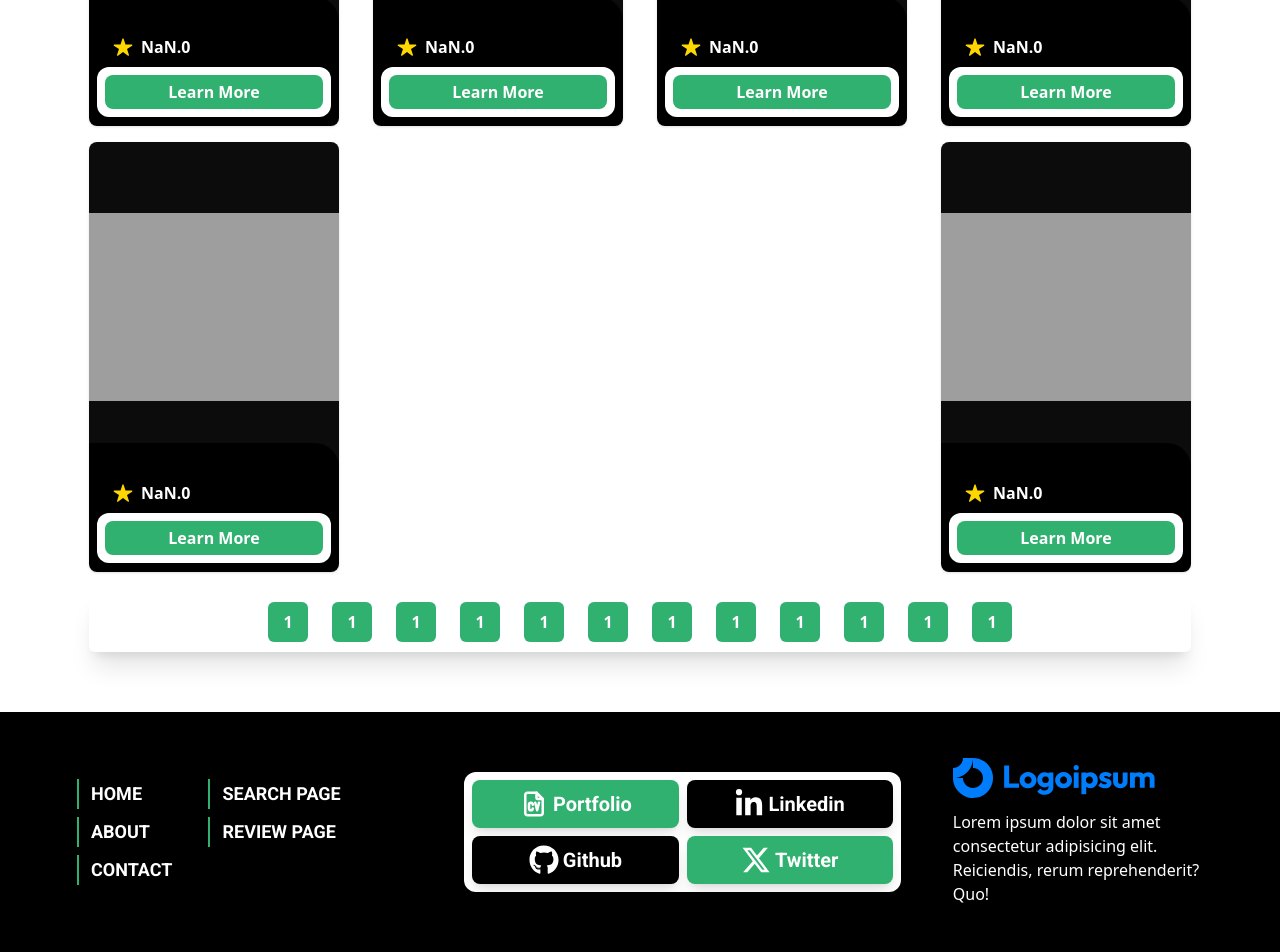
Repository: jayantatech/FrameFlick
Page: /movies
These files come from the project's save history. The page is drawn as it stood at one moment and after the next save; the edit follows.
The browser window is 1280 px wide. The pictures show the part of the page from y = 1096 to 2048 px (the page is 2048 px tall).
Pictures or frames that could not be fetched are drawn as grey boxes. The page's requests for data from a server got no answer. The project was rebuilt for these pictures with package versions that can differ from the ones it lists, and the page was loaded fresh each time. No one was signed in, and anything a server would have sent is missing. Also part of the build but not shown: vite.config.js, src/components/header/SearchBar.jsx, src/components/sliderComponent/button.css, src/components/sliderComponent/SliderComponent.jsx, src/pages/home/comingAttractions/ComingAttractions.jsx, src/pages/home/currentFavorites/CurrentFavorites.jsx, src/pages/home/movieGenres/MovieGenres.jsx, src/components/responsiveTitle/responsiveTitle.jsx and 11 more.

Above is the page before, as saved 2024-02-13 19:09:55.

### index.html
<!doctype html>
<html lang="en">

<head>
  <meta charset="UTF-8" />
  <link rel="icon" type="image/svg+xml" href="/vite.svg" />
  <meta name="viewport" content="width=device-width, initial-scale=1.0" />
  <link
    href="https://fonts.googleapis.com/css?family=Roboto:100,100italic,300,300italic,regular,italic,500,500italic,700,700italic,900,900italic"
    rel="stylesheet" />
  <link
    href="https://fonts.googleapis.com/css?family=Poppins:100,100italic,200,200italic,300,300italic,regular,italic,500,500italic,600,600italic,700,700italic,800,800italic,900,900italic"
    rel="stylesheet" />
  <title>Vite + React</title>
</head>

<body>
  <div id="root"></div>
  <script type="module" src="/src/main.jsx"></script>
</body>

</html>

### src/main.jsx
import React from "react";
import ReactDOM from "react-dom/client";
import App from "./App.jsx";
import "./index.css";
import { Provider } from "react-redux";
import store from "./store/Store.js";

ReactDOM.createRoot(document.getElementById("root")).render(
  <React.StrictMode>
    <Provider store={store}>
      <App />
    </Provider>
  </React.StrictMode>
);

### src/App.jsx
import React, { useEffect } from "react";
import ContentWrapper from "./components/contentWrapper/ContentWrapper";
import Header from "./components/header/Header";
import SearchBar from "./components/header/SearchBar";
import { fetchDataFromApi } from "./Utils/api";
import { useDispatch, useSelector } from "react-redux";
import { setFilmGenres, setUrl } from "./store/HomeSlice";
import Home from "./pages/home/Home";
import fetchData from "./components/hooks/fetchData";
import VideoPopBox from "./components/videoPopBox/VideoPopBox";
import Footer from "./components/footer/Footer";
import ReviewPage from "./pages/reviewPage/ReviewPage";
import { BrowserRouter, Route, Routes } from "react-router-dom";
import MoviePage from "./pages/moviePage/MoviePage";

/*
main green color - #58DAA8
2nd main color - #30b170
light green color - #E6FFF8
deep Green color - #409E7A
deep Green color 2 - #5EBEA3

*/

const App = () => {
  const { data, loading } = fetchData("configuration");

  const dispatch = useDispatch();
  useEffect(() => {
    dispatch(setUrl(`${data?.images.secure_base_url + "original"}`));
  }, [data]);

  const { data: genresData, loading: genresLoading } = fetchData(
    `genre/movie/list?language=en`
  );
  useEffect(() => {
    dispatch(setFilmGenres(genresData && genresData?.genres));
  }, [genresData]);

  return (
    <BrowserRouter>
      <VideoPopBox />
      <Header />
      <Routes>
        <Route path="/" element={<Home />} />
        <Route path="/review/:film/:id" element={<ReviewPage />} />
        <Route path="/movies" element={<MoviePage />} />
      </Routes>
      {/* <div className=" w-full h-[800px]"></div> */}
      <Footer />
    </BrowserRouter>
  );
};

export default App;

### src/components/contentWrapper/ContentWrapper.jsx
import React from "react";

const ContentWrapper = ({ children }) => {
  return <div className="w-full max-w-[1158px] mx-auto px-4">{children}</div>;
};

export default ContentWrapper;

### src/components/hooks/fetchData.jsx
import React, { useEffect, useState } from "react";
import { fetchDataFromApi } from "../../Utils/api";

const fetchData = (url) => {
  const [data, setData] = useState(null);
  const [loading, setLoading] = useState(null);
  const [error, setError] = useState(null);

  useEffect(() => {
    setLoading(true);
    setData(null);
    setError(null);
    fetchDataFromApi(url)
      .then((res) => {
        if (res?.status === 404) {
          throw new Error("Videos not found for this video");
        } else {
          return res.json();
        }
      })
      .then((data) => {
        setLoading(false);
        setData(data);
      })
      .catch((error) => setError("Something went wrong"));
  }, [url]);

  return { data, loading, error };
};

export default fetchData;

### src/components/videoPopBox/VideoPopBox.jsx
import React, { useEffect, useState } from "react";
import { IoClose } from "react-icons/io5";
import { useDispatch, useSelector } from "react-redux";
import { setVideoPopBox } from "../../store/HomeSlice";
import ReactPlayer from "react-player";

const VideoPopBox = () => {
  const [activeVideo, setActiveVideo] = useState(false);
  const [videoInfo, setVideoInfo] = useState([]);
  const dispatch = useDispatch();
  const { vidboxOn, vidBoxInfo } = useSelector(
    (state) => state.home.VideoPopBox
  );
  useEffect(() => {
    if (vidboxOn) setActiveVideo(vidboxOn);
    if (vidBoxInfo) setVideoInfo(vidBoxInfo);
  }, [vidboxOn, vidBoxInfo]);

  // useEffect(() => {
  //   if (activeVideo) {
  //     document.body.style.overflow = "hidden";
  //   } else {
  //     document.body.style.overflow = "auto";
  //   }
  // }, [activeVideo]);

  function hideVideoBox() {
    dispatch(setVideoPopBox([{ vidBoxOnPass: false, vidBoxInfoPass: {} }]));
    setActiveVideo(false);
  }

  return (
    <div
      className={` fixed w-screen h-screen top-0 left-0 ${
        activeVideo ? "block z-40" : "hidden -z-0"
      }`}
    >
      <div
        className={` relative top-0 left-0 min-h-screen min-w-screen flex items-center justify-center overflow-hidden`}
      >
        <div
          className=" absolute top-0 left-0 w-full h-full bg-[#000000af]"
          onClick={hideVideoBox}
        ></div>
        <div
          className={`w-[840px] h-[540px] max-lg:w-[660px] max-lg:h-[440px] max-md:w-[360px] max-md:h-[240px] bg-[#fff] shadow-xl rounded-xl py-4 px-4 relative transition-all duration-300 ${
            activeVideo ? "translate-y-[0%]" : "translate-y-[150%]"
          }`}
        >
          <div
            className=" w-[50px] h-[50px] bg-[#30B170] hover:bg-[#58DAA8] text-black hover:text-gray-600  absolute -top-5 -right-5 rounded-full flex items-center justify-center text-4xl cursor-pointer"
            onClick={hideVideoBox}
          >
            <IoClose />
          </div>
          <div className=" w-full h-full bg-black">
            {videoInfo && (
              <ReactPlayer
                url={`https://www.youtube.com/watch?v=${videoInfo?.key}`}
                width={"100%"}
                height={"100%"}
              />
            )}
          </div>
        </div>
      </div>
    </div>
  );
};

export default VideoPopBox;

### src/pages/moviePage/MoviePage.jsx
import React from "react";
import HeroMovie from "./heroMovie/HeroMovie";
import AllMovies from "./allMovies/AllMovies";

const MoviePage = () => {
  return (
    <div>
      <HeroMovie />
      <AllMovies />
    </div>
  );
};

export default MoviePage;

### src/pages/moviePage/heroMovie/HeroMovie.jsx
import React, { useEffect, useState } from "react";
import MyImage from "../../../components/myImage/MyImage";
import fetchData from "../../../components/hooks/fetchData";
import { useSelector } from "react-redux";
import MovieHeroInfo from "../../../components/movieHeroInfo/MovieHeroInfo";

const HeroMovie = () => {
  const [storeGen, setStoreGen] = useState([]);
  const [filmInfo, setFilmInfo] = useState([]);
  const [storeRendom, setStoreRendom] = useState(null);
  const { data, loading } = fetchData(`trending/movie/week`);
  const { url, filmGenres } = useSelector((state) => state.home);

  useEffect(() => {
    let rendomData;
    if (data?.results) {
      const genRanNum = Math.floor(Math.random() * 19);
      rendomData = data?.results[genRanNum];
      setStoreRendom(rendomData);
      console.log(data);
    }
  }, [data]);

  // let testData = storeRendom && storeRendom;
  let movieHeroData = storeRendom && storeRendom;
  useEffect(() => {
    let storeGenNum = [];
    if (movieHeroData) {
      filmGenres?.forEach((element) => {
        if (movieHeroData?.genre_ids.includes(element?.id)) {
          storeGenNum.push(element);
        }
      });
    }
    setStoreGen(storeGenNum);
  }, [filmGenres, movieHeroData]);
  console.log(storeGen);
  return (
    <div className=" w-full h-[590px] max-md:h-[670px] bg-black relative">
      <div className=" w-full h-full bg-[#0000005d] absolute top-0 left-0 z-10"></div>
      <div className=" overflow-hidden w-full h-full absolute top-0 left-0 z-0 ">
        <MyImage
          src={`${url}${!loading && movieHeroData?.backdrop_path}`}
          className={"max-lg:scale-150 max-md:scale-[4]"}
        />
      </div>
      <MovieHeroInfo movieHeroData={movieHeroData} storeGen={storeGen} />
    </div>
  );
};

export default HeroMovie;

### src/pages/moviePage/allMovies/AllMovies.jsx
import React from "react";
import ContentWrapper from "../../../components/contentWrapper/ContentWrapper";
import FilmCard from "../../../components/filmCard/FilmCard";

const AllMovies = () => {
  return (
    <div>
      <ContentWrapper>
        <div className=" py-[60px] px-3">
          <div className=" py-3">
            <h2 className=" capitalize text-3xl font-[Roboto] font-bold">
              our Movie suggestions
            </h2>
          </div>
          <div className=" w-full h-auto flex py-5 flex-row flex-wrap gap-4 items-center justify-between">
            <FilmCard />
            <FilmCard />
            <FilmCard />
            <FilmCard />
            <FilmCard />
            <FilmCard />
          </div>
          <div className=" w-full h-[60px] bg-[#fff] shadow-xl rounded-md flex items-center justify-center gap-6">
            <div className=" w-[40px] h-[40px] bg-[#30B170] text-white rounded-md flex items-center justify-center font-semibold">
              1
            </div>
            <div className=" w-[40px] h-[40px] bg-[#30B170] text-white rounded-md flex items-center justify-center font-semibold">
              1
            </div>
            <div className=" w-[40px] h-[40px] bg-[#30B170] text-white rounded-md flex items-center justify-center font-semibold">
              1
            </div>
            <div className=" w-[40px] h-[40px] bg-[#30B170] text-white rounded-md flex items-center justify-center font-semibold">
              1
            </div>
            <div className=" w-[40px] h-[40px] bg-[#30B170] text-white rounded-md flex items-center justify-center font-semibold">
              1
            </div>
            <div className=" w-[40px] h-[40px] bg-[#30B170] text-white rounded-md flex items-center justify-center font-semibold">
              1
            </div>
            <div className=" w-[40px] h-[40px] bg-[#30B170] text-white rounded-md flex items-center justify-center font-semibold">
              1
            </div>
            <div className=" w-[40px] h-[40px] bg-[#30B170] text-white rounded-md flex items-center justify-center font-semibold">
              1
            </div>
            <div className=" w-[40px] h-[40px] bg-[#30B170] text-white rounded-md flex items-center justify-center font-semibold">
              1
            </div>
            <div className=" w-[40px] h-[40px] bg-[#30B170] text-white rounded-md flex items-center justify-center font-semibold">
              1
            </div>
            <div className=" w-[40px] h-[40px] bg-[#30B170] text-white rounded-md flex items-center justify-center font-semibold">
              1
            </div>
            <div className=" w-[40px] h-[40px] bg-[#30B170] text-white rounded-md flex items-center justify-center font-semibold">
              1
            </div>
          </div>
        </div>
      </ContentWrapper>
    </div>
  );
};

export default AllMovies;

### src/components/myImage/MyImage.jsx
import React from "react";
import { LazyLoadImage } from "react-lazy-load-image-component";
import "react-lazy-load-image-component/src/effects/blur.css";

const MyImage = ({ src, className, alt }) => (
  <div className=" w-full min-h-full flex items-center justify-center overflow-hidden bg-contain">
    <LazyLoadImage
      alt={alt ? alt : "Frameflick"}
      src={src}
      effect="blur"
      width={"100%"}
      height={"100%"}
      className={`${className}`}
    />
  </div>
);

export default MyImage;

### src/components/movieHeroInfo/MovieHeroInfo.jsx
import React, { useEffect, useState } from "react";
import { IoIosStar } from "react-icons/io";
import ContentWrapper from "../contentWrapper/ContentWrapper";
import GenresCard from "../genresCard/GenresCard";
import BothButton from "../bothButton/BothButton";
import ResponsiveTitle from "../responsiveTitle/responsiveTitle";
import ResponsiveText from "../responsiveText/ResponsiveText";
import RattingBox from "../rattingBox/RattingBox";
import DateBox from "../dateBox/DateBox";

const MovieHeroInfo = ({ movieHeroData, storeGen }) => {
  const [storeSlice, setStoreSlice] = useState(null);
  useEffect(() => {
    const slicGen = storeGen && storeGen?.slice(0, 3);
    setStoreSlice(slicGen);
  }, [storeGen]);

  console.log(storeGen);
  return (
    <ContentWrapper>
      <div className=" relative top-0 left-0 w-full h-[590px] max-md:h-[670px] flex items-end justify-center py-4 z-20">
        <div className=" w-full min-h-[270px] max-lg:min-h-[270px] max-md:min-h-[470px] rounded-lg  bg-[#636262] backdrop-filter backdrop-blur-sm bg-opacity-60 p-4 max-lg:px-2 flex flex-row gap-2 max-md:flex-col">
          <div className=" md:w-3/6">
            <h2 className=" text-3xl font-[Roboto] font-bold text-white min-h-[40px]">
              {movieHeroData?.original_title}
            </h2>
            {/* <ResponsiveTitle data={testData} /> */}
            <div className=" w-full h-[40px]  my-2 flex items-center flex-row gap-2 px-2">
              <DateBox data={movieHeroData} />
              <RattingBox data={movieHeroData} />
            </div>
            {
              <div className=" w-full h-[60px] max-md:h-[80px] max-lg:h-[90px] flex items-center justify-start px-2 flex-row gap-2">
                <ResponsiveText data={movieHeroData} upTo={15} />
              </div>
            }
            <div className=" px-2 py-3 flex items-center justify-center gap-2 flex-row">
              <BothButton data={movieHeroData} />
            </div>
          </div>
          <div className=" md:w-3/6 max-h-[210px] max-lg:max-h-[240px] max-md:min-h-[240px] px-3 py-3 flex items-center justify-start gap-6 max-lg:gap-3 flex-wrap flex-col">
            <div className=" w-full py-1 bg-[#000] text-white text-center rounded-md">
              <span className=" font-[Roboto] font-semibold text-lg">
                {" "}
                {movieHeroData?.original_title} Genres
              </span>
            </div>
            <div className=" flex items-center justify-center gap-3 flex-wrap flex-row max-md:flex-row ">
              {storeSlice?.map((item, index) => (
                <GenresCard key={index} item={item} />
              ))}
            </div>
          </div>
        </div>
      </div>
    </ContentWrapper>
  );
};

export default MovieHeroInfo;

### src/components/responsiveText/ResponsiveText.jsx
import React from "react";

const ResponsiveText = ({ data, upTo = 20 }) => {
  function getTheDescription(description) {
    const words = description.split(" ").slice(0, upTo).join(" ") + "...";
    return words;
  }
  return (
    <p className=" font-[Poppins] text-lg text-white ">
      {data && getTheDescription(data?.overview)}
    </p>
  );
};

export default ResponsiveText;

### src/components/bothButton/BothButton.jsx
import React from "react";
import { useDispatch } from "react-redux";
import { setVideoPopBox } from "../../store/HomeSlice";
import fetchData from "../hooks/fetchData";
import { useNavigate } from "react-router";

const BothButton = ({ data }) => {
  const { data: newData, loading: newLoading } = fetchData(
    `movie/${data?.id && data?.id}/videos`
  );
  const oneVideo = newData?.results?.filter((item) => item?.key);
  const oneTrailer = oneVideo && oneVideo[0];

  const dispatch = useDispatch();
  const openVideoBox = () => {
    dispatch(
      setVideoPopBox([{ vidBoxOnPass: true, vidBoxInfoPass: oneTrailer }])
    );
  };

  const navigateNew = useNavigate();

  const navigateToNewPage = () => {
    navigateNew(`/review/${"movie"}/${data?.id}`);
  };
  return (
    <>
      <button
        className=" w-full h-[50px] max-lg:h-[40px] bg-[#000] rounded-md text-white font-bold text-2xl font-[Roboto] hover:scale-95 transition-all duration-300 max-lg:text-xl"
        onClick={openVideoBox}
      >
        Trailer
      </button>
      <button
        className=" w-full h-[50px] bg-[#30B170] rounded-md text-white font-bold text-2xl font-[Roboto]  hover:scale-95 transition-all duration-300 max-lg:h-[40px] max-lg:text-xl"
        onClick={navigateToNewPage}
      >
        Learn More
      </button>
    </>
  );
};

export default BothButton;

### src/components/rattingBox/RattingBox.jsx
import React from "react";
import { IoStar } from "react-icons/io5";

const RattingBox = ({ data }) => {
  const averageVote = data && data?.vote_average;

  const votePointer = Number(
    data && data?.vote_average.toString().split(".")[1]
  );

  return (
    <>
      {
        <div className=" text-lg font-extrabold font-[Roboto] flex items-center justify-start gap-2 px-2 py-1 rounded-lg bg-white md:w-[150px]  max-md:w-[50%]">
          Rating:
          <span className=" text-[#ffd700] text-2xl flex items-center justify-center font-bold">
            <IoStar />
          </span>
          {averageVote &&
            votePointer &&
            `${Math.floor(averageVote)}.${
              votePointer ? votePointer.toString().slice(0, 1) : "0"
            }`}
        </div>
      }
    </>
  );
};

export default RattingBox;

### src/components/dateBox/DateBox.jsx
import React from "react";

const DateBox = ({ data }) => {
  function timeFormath(timeTo) {
    const releaseDate = new Intl.DateTimeFormat("en-US", {
      day: "2-digit",
      month: "short",
      year: "2-digit",
    }).format(new Date(timeTo));
    return releaseDate;
  }
  return (
    <div className=" text-lg font-extrabold font-[Roboto] flex items-center justify-start gap-2 px-2 py-1 rounded-lg bg-white md:w-[160px] max-md:w-[50%]">
      Data:
      <span className="font-bold max-md:text-base">
        {data && timeFormath(data?.release_date)}
      </span>
    </div>
  );
};

export default DateBox;

Loaded but not shown: src/index.css (common file); tailwind.config.js (common file); src/store/HomeSlice.js (34 lines, source omitted); src/Utils/api.js (20 lines, source omitted); src/store/Store.js (10 lines, source omitted); src/assets/icons/index.js (3 lines, source omitted); src/components/header/Header.jsx (153 lines, source omitted); src/components/footer/Footer.jsx (83 lines, source omitted); src/components/filmCard/FilmCard.jsx (105 lines, source omitted)

After the next save:
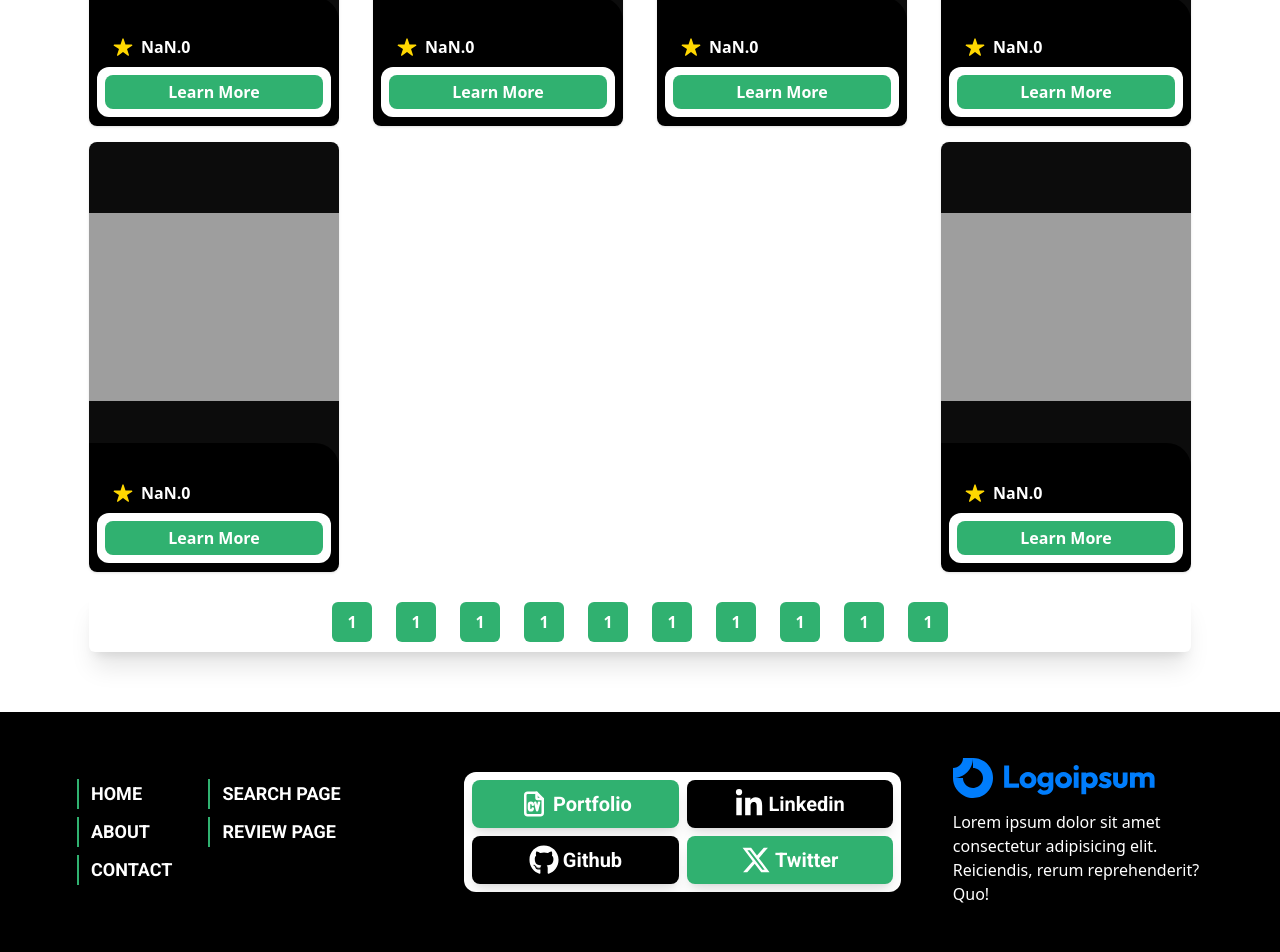
Saved 11 s later.
--- a/src/pages/moviePage/allMovies/AllMovies.jsx
+++ b/src/pages/moviePage/allMovies/AllMovies.jsx
@@ -51,12 +51,6 @@ const AllMovies = () => {
             <div className=" w-[40px] h-[40px] bg-[#30B170] text-white rounded-md flex items-center justify-center font-semibold">
               1
             </div>
-            <div className=" w-[40px] h-[40px] bg-[#30B170] text-white rounded-md flex items-center justify-center font-semibold">
-              1
-            </div>
-            <div className=" w-[40px] h-[40px] bg-[#30B170] text-white rounded-md flex items-center justify-center font-semibold">
-              1
-            </div>
           </div>
         </div>
       </ContentWrapper>
